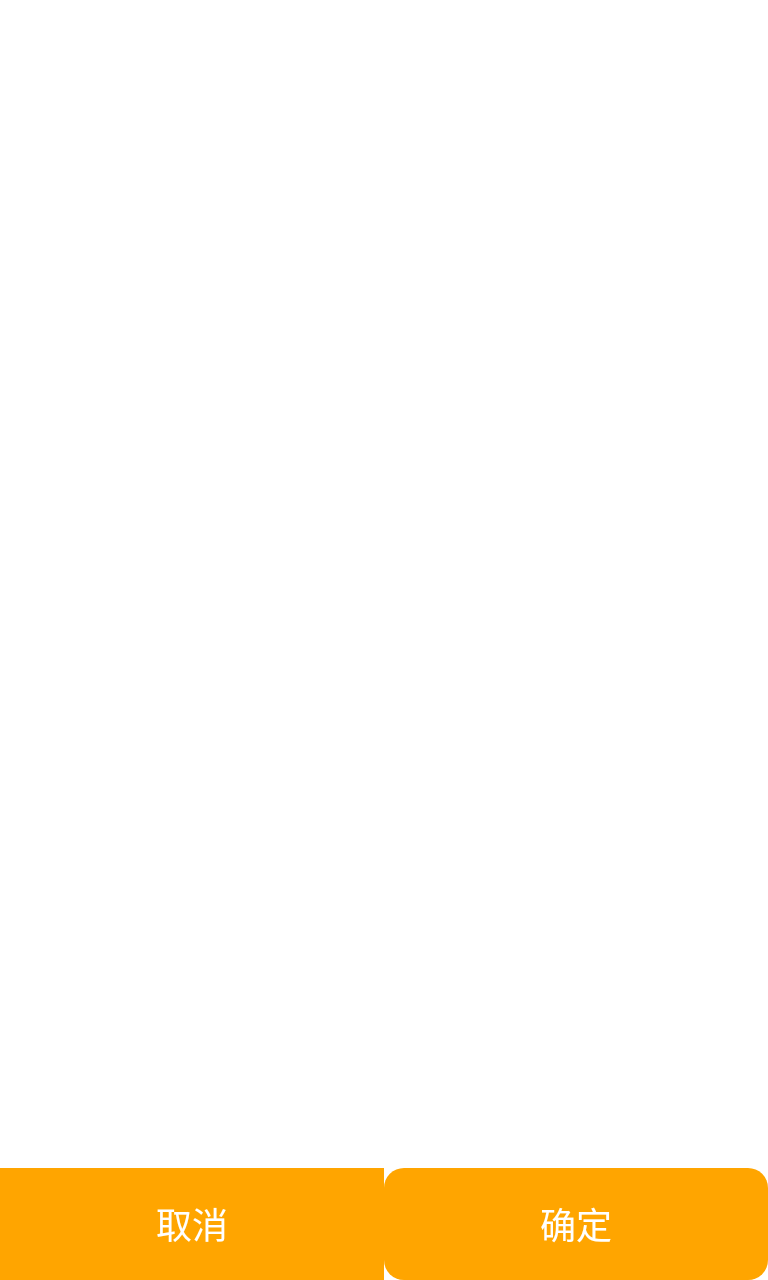
Repository: blanks1314/sysnc_android
Layout: UpayDemo/res/layout/dialog_error.xml
The author's editor kept a copy of each file at every save. The layout is drawn from the files as they stood at one save, then again after the next save.
It is drawn on a 768 x 1280 px phone screen (xhdpi) without system bars, with theme AppTheme; the app's code is not run.

Above is the layout before, as saved 2015-05-04 07:34:44.

After the next save:
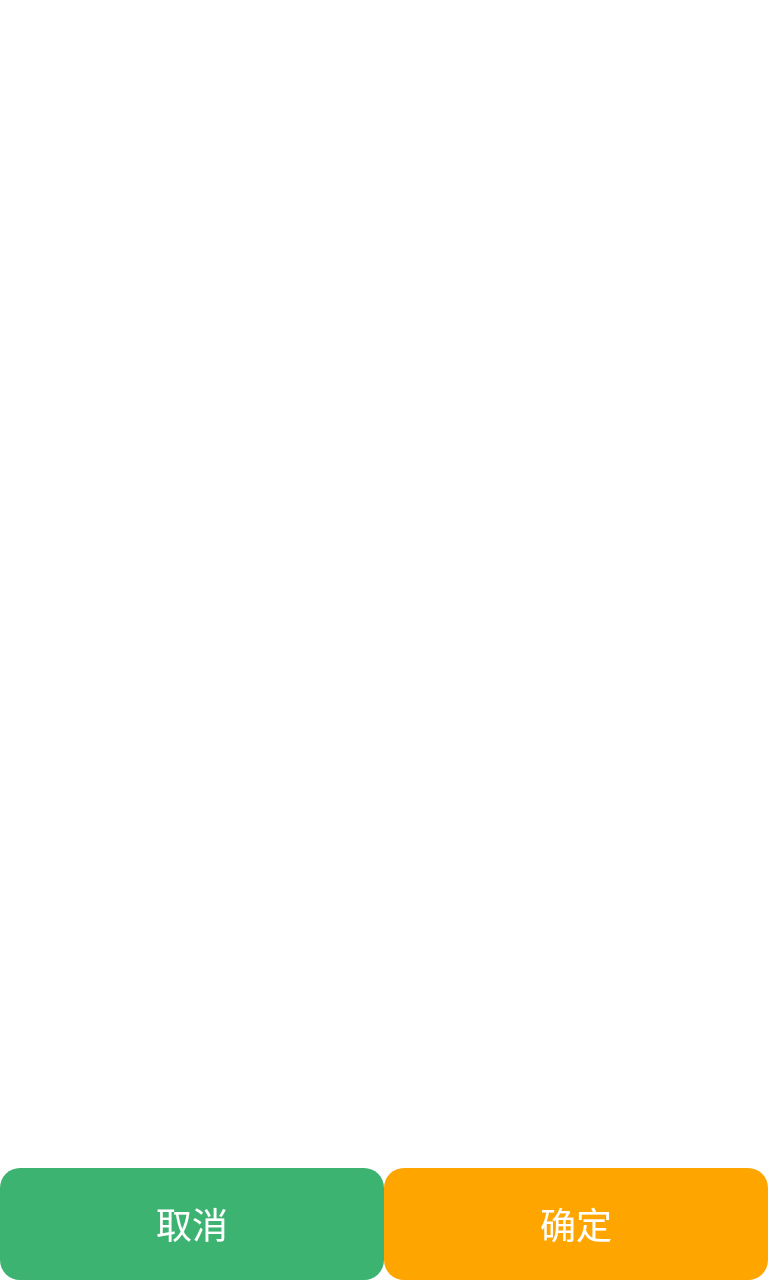
Saved 14 s later.
--- a/UpayDemo/res/layout/dialog_error.xml
+++ b/UpayDemo/res/layout/dialog_error.xml
@@ -24,7 +24,7 @@
             android:layout_width="0dp"
             android:layout_height="match_parent"
             android:layout_weight="1"
-            android:background="@color/btn_selecter_2"
+            android:background="@drawable/btn_selecter_cancel"
             android:gravity="center"
             android:paddingBottom="10dp"
             android:paddingTop="10dp"
